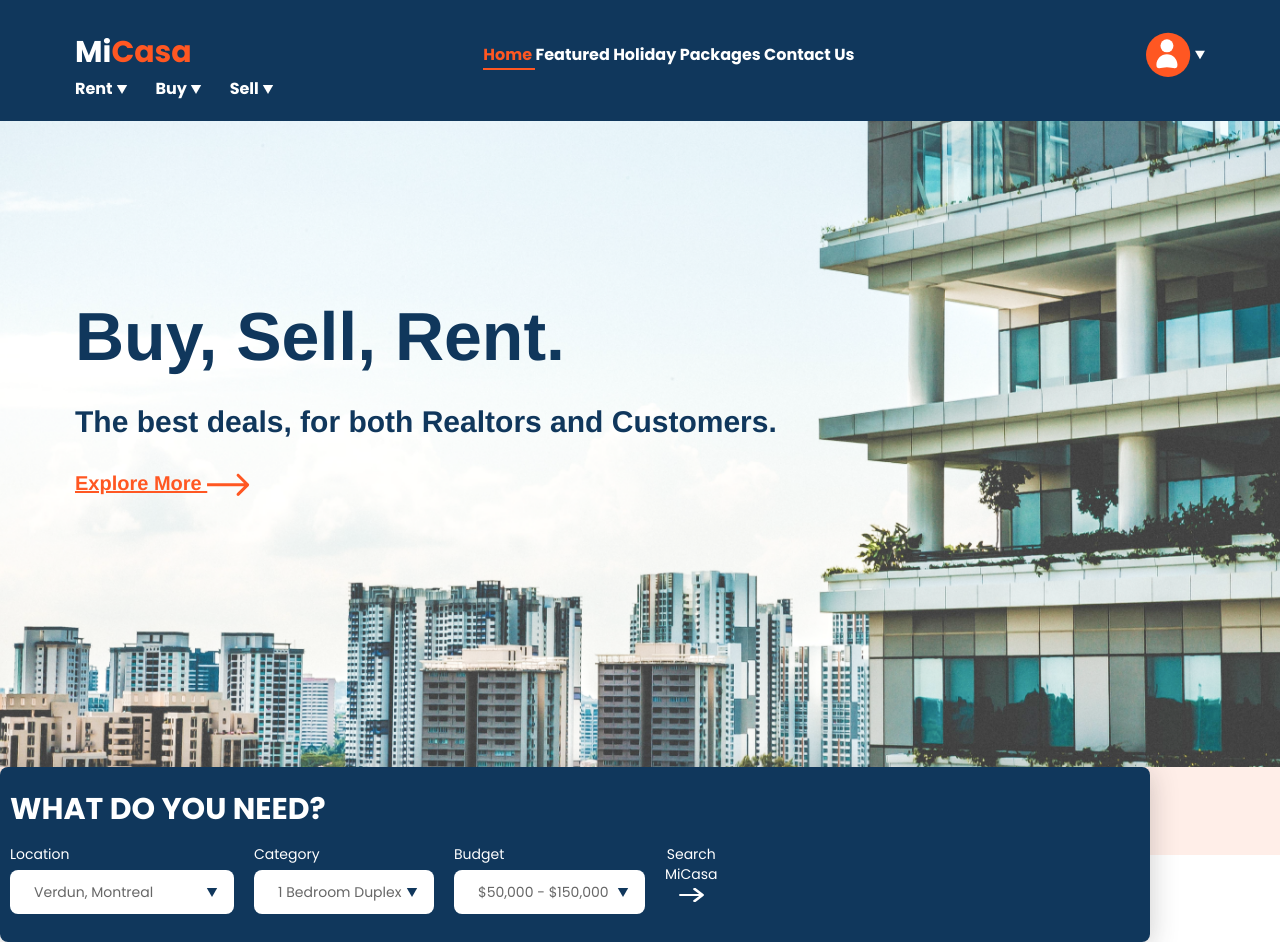
Repository: BenUnyolo/micasa-frontend
Page: index.html
These files come from the project's save history. The page is drawn as it stood at one moment and after the next save; the edit follows.
The browser window is 1280 px wide. The pictures show the whole page.

Above is the page before, as saved 2021-10-17 12:54:20.

After the next save:
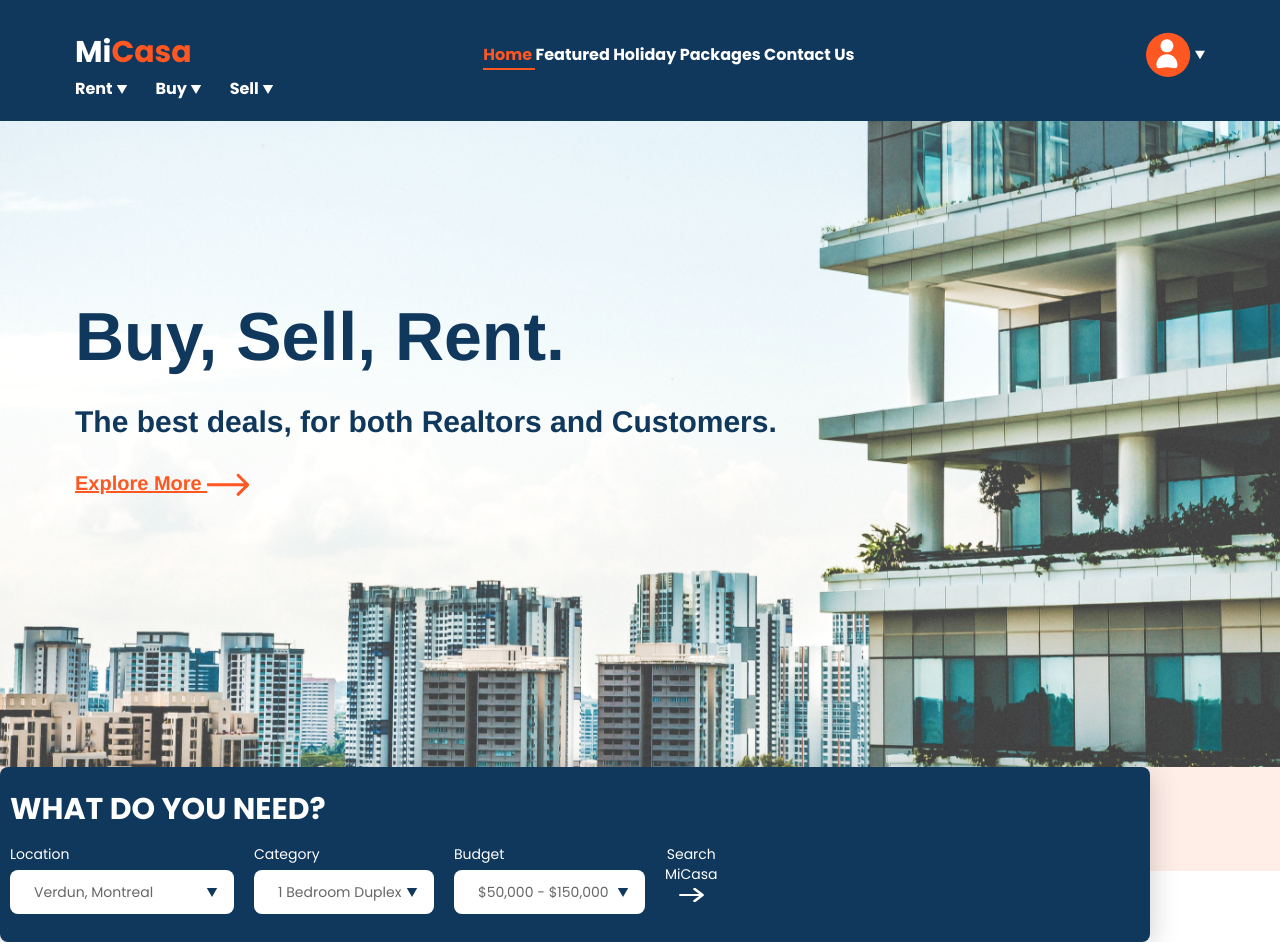
Saved 106 s later.
--- a/index.html
+++ b/index.html
@@ -215,6 +215,31 @@
                 </p>
               </div>
             </div>
+            <!-- talk to an agent -->
+            <div class="flex w-1/3">
+              <div class="flex items-center flex-none">
+                <img src="assets/images/find_listing.png" alt="" />
+              </div>
+              <div class="pl-5">
+                <h4 class="font-bold">Talk to an Agent</h4>
+                <p class="mt-2 text-xs">
+                  Our Agents are available 24 Hours Mon-Sat.
+                </p>
+              </div>
+            </div>
+            <!-- set the date -->
+            <div class="flex w-1/3">
+              <div class="flex items-center flex-none">
+                <img src="assets/images/find_listing.png" alt="" />
+              </div>
+              <div class="pl-5">
+                <h4 class="font-bold">Set the date and Move in!</h4>
+                <p class="mt-2 text-xs">
+                  Make payments, get reciept and all other important documents,
+                  set your move-in date.
+                </p>
+              </div>
+            </div>
           </div>
         </div>
       </div>
